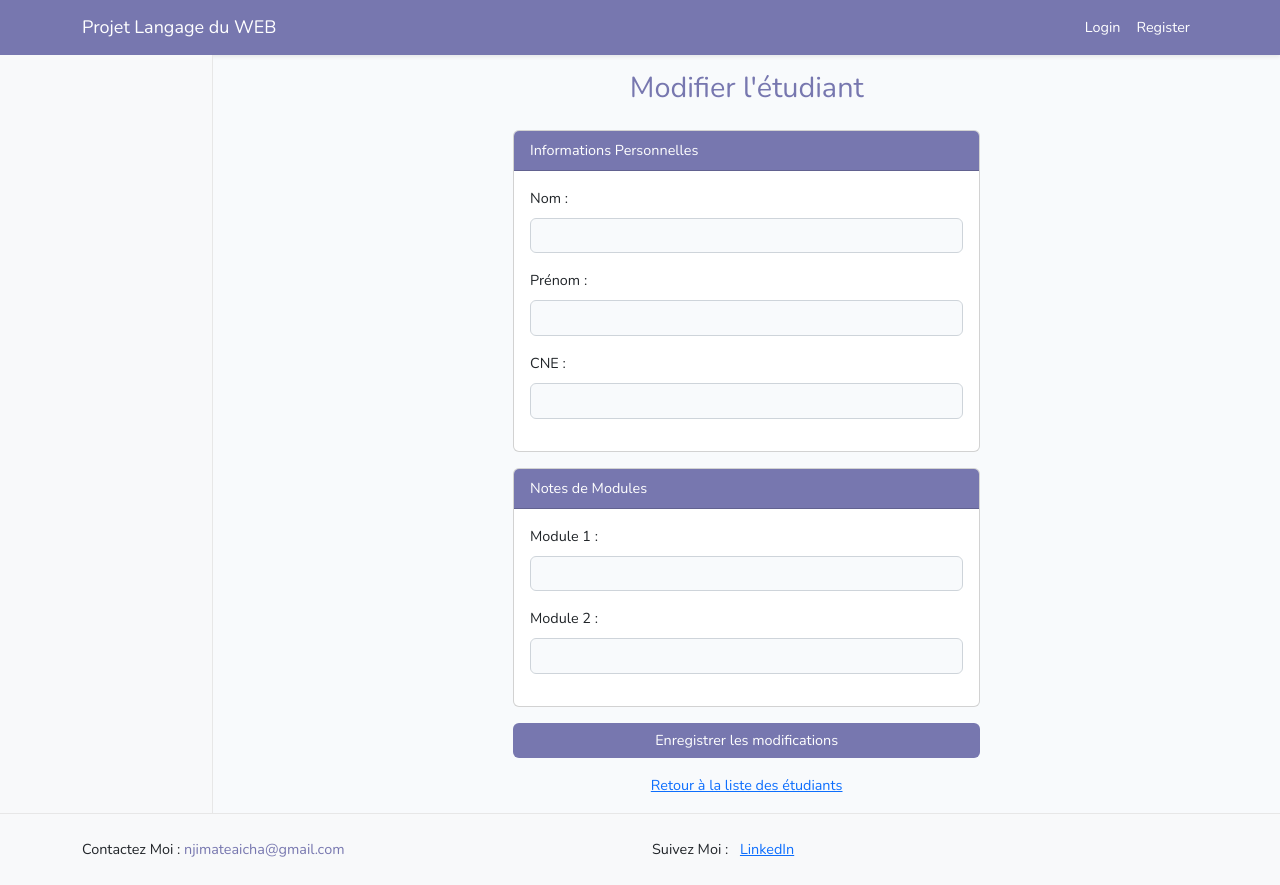
Repository: NjimateAicha/LaravelWeb
Page: resources/views/etudiant/edit.blade.php
An editor plug-in stored every save of this project. The page is shown before and after the next save, followed by the edit.
The browser window is 1280 px wide. The pictures show the whole page.
Some web libraries are served in a nearby version. The page is served by the project's Laravel application, run on PHP 8.4 with Laravel 9. Style sheets and scripts are compiled from the project's sources, by tool versions that may differ from the author's. The template is opened directly, without the code that normally fills it, so the values that code supplies are empty.

Above is the page before, as saved 2024-05-19 18:10:24.

After the next save:
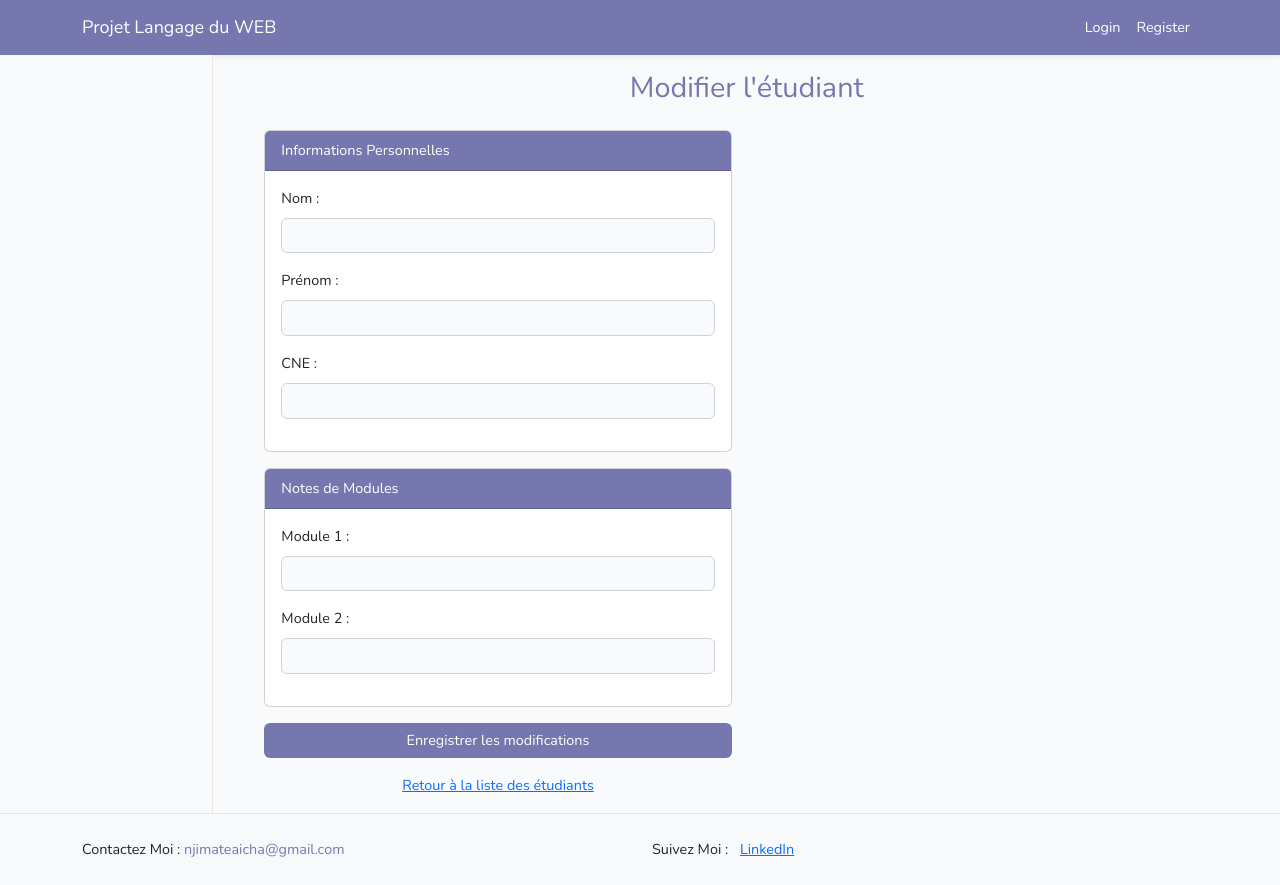
Saved 31 s later.
--- a/resources/views/etudiant/edit.blade.php
+++ b/resources/views/etudiant/edit.blade.php
@@ -33,7 +33,7 @@
         @endif
 
         <h2 class="text-center mb-4">Modifier l'étudiant</h2>
-        <div class="col-md-6 mx-auto">
+        <div class="col-md-6 ">
             <form action="{{ route('etudiant.update', $etudiant->id) }}" method="POST">
                 @csrf
                 @method('PUT') <!-- Utilisez cette directive pour spécifier la méthode PUT -->
